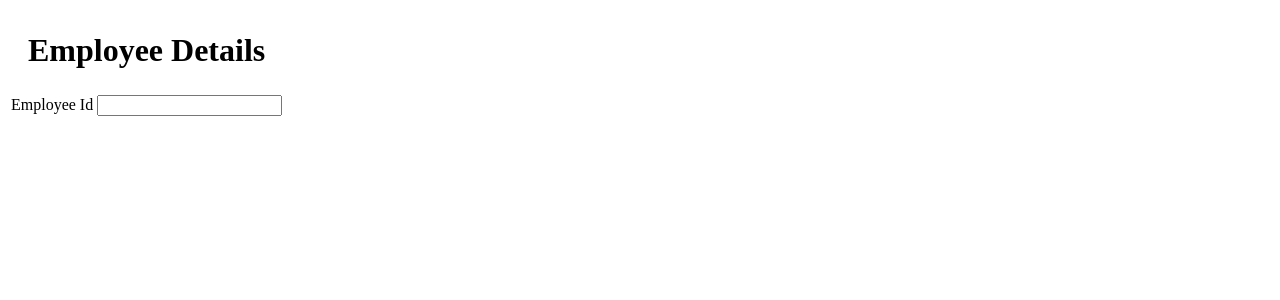
Repository: srjainapur/CRUD_Operation_With_Angular_Springboot
Page: angular-spring-demo/src/main/resources/static/post_data.html
These files come from the project's save history. The page is drawn as it stood at one moment and after the next save; the edit follows.
The browser window is 1280 px wide. The pictures show the whole page.
Some web libraries are served in a nearby version.

Above is the page before, as saved 2020-06-25 06:55:34.

### angular-spring-demo/src/main/resources/static/post_data.html
<!DOCTYPE html>
<html>
	<head>
		<title>
			AngularJs $http.post() Service Response Example
		</title>
		<script src="http://ajax.googleapis.com/ajax/libs/angularjs/1.4.8/angular.min.js"></script>
		<script type="text/javascript">
			var mainApp = angular.module('postserviceApp', []);
			mainApp.controller('postServiceControl', function($scope, $http) {
				$scope.empId = null;
				$scope.firstName = null;
				$scope.lastName = null;
				$scope.middleName = null;
				$scope.email = null;
				$scope.address = null;

				$scope.postData = function(empId, firstName, middleName, lastName, email, address) {
					var data = {
						empId : empId,
						firstName : firstName,
						middleName : middleName,
						lastName : lastName,
						email : email,
						address : address
					};

					// Call the service
					$http.post('employee/postData', JSON.stringify(data)).then(
						function(response) {
							if(response.data) {
								$scope.msg = "Employee Data submitted successfully";
							}
						},

						function(response) {
							$scope.msg = "service does not exist";
							$scope.statusval = response.status;
							$scope.statustext = response.statusText;
							$scope.headers = response.headers();
						}
					);
				};
			});
		</script>
	</head>
	<body>
		<div ng-app="postserviceApp" ng-controller="postServiceControl">
			<table>
				<tr>
					<th colspan="2" align="middle"><h1>Employee Details</h1></th>
				</tr>
				<tr>
					<td>Employee Id</td>
					<td><input name="empId" ng-model="empId" type="text"/></td>
				</tr>
			</table>
		</div>
	</body>

</html>

After the next save:
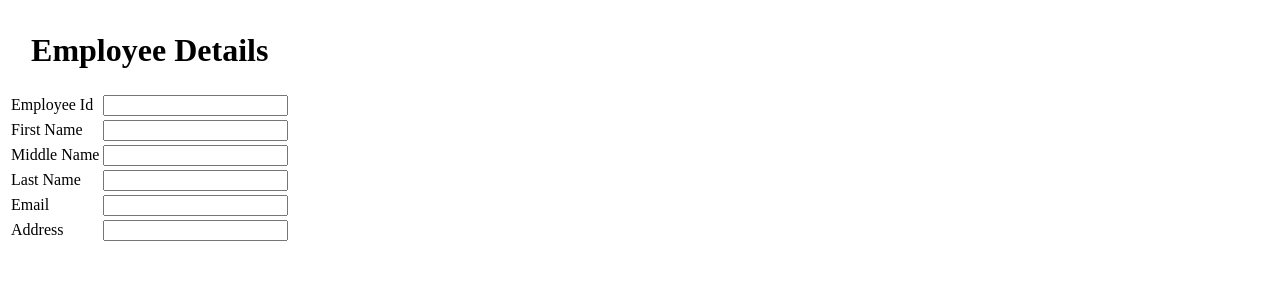
Saved 2 min 37 s later.
--- a/angular-spring-demo/src/main/resources/static/post_data.html
+++ b/angular-spring-demo/src/main/resources/static/post_data.html
@@ -52,7 +52,27 @@
 				</tr>
 				<tr>
 					<td>Employee Id</td>
-					<td><input name="empId" ng-model="empId" type="text"/></td>
+					<td><input name="empId" ng-model="empId" type="text" size="20"/></td>
+				</tr>
+				<tr>
+					<td>First Name</td>
+					<td><input name="firstName" ng-model="firstName" type="text" size="20"/></td>
+				</tr>
+				<tr>
+					<td>Middle Name</td>
+					<td><input name="middleName" ng-model="middleName" type="text" size="20"/></td>
+				</tr>
+				<tr>
+					<td>Last Name</td>
+					<td><input name="lastName" ng-model="lastName" type="text" size="20"/></td>
+				</tr>
+				<tr>
+					<td>Email</td>
+					<td><input name="email" ng-model="email" type="text" size="20"/></td>
+				</tr>
+				<tr>
+					<td>Address</td>
+					<td><input name="address" ng-model="address" type="text" size="20"/></td>
 				</tr>
 			</table>
 		</div>
